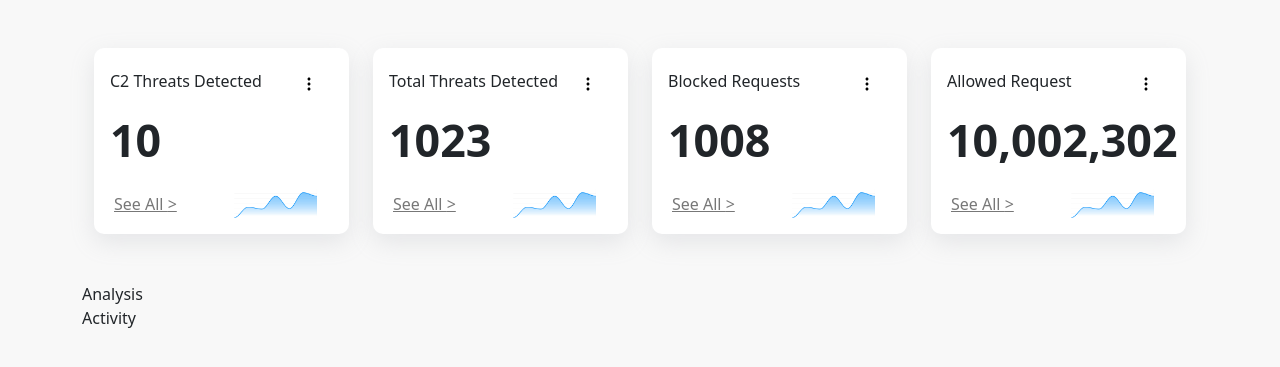
Repository: badhon252/dashboard
Page: /
An editor plug-in stored every save of this project. The page is shown before and after the next save, followed by the edit.
The browser window is 1280 px wide. The pictures show the whole page.
The project was rebuilt for these pictures with package versions that can differ from the ones it lists, and the page was loaded fresh each time. Also part of the build but not shown: vite.config.js.

Above is the page before, as saved 2023-01-27 02:29:04.

### index.html
<!DOCTYPE html>
<html lang="en">

<head>
    <meta charset="UTF-8" />
    <link rel="icon" type="image/svg+xml" href="/vite.svg" />
    <meta name="viewport" content="width=device-width, initial-scale=1.0" />
    <!-- bootsrap cdn  -->
    <link rel="stylesheet" href="https://cdn.jsdelivr.net/npm/bootstrap@5.2.3/dist/css/bootstrap.min.css">
    <title>DashBoard</title>
</head>

<body>
    <div id="root"></div>

    <script type="module" src="/src/index.jsx"></script>
    <!-- bootsrap cdn  -->
    <script type="module" src="https://cdn.jsdelivr.net/npm/bootstrap@5.2.3/dist/js/bootstrap.bundle.min.js"></script>
</body>

</html>

### src/App.jsx
import './App.css'
import Activity from './Components/Activity/Activity'
import Analysis from './Components/Analysis/Analysis'
import Status from './Components/Status/Status'

function App() {

  return (
    <div className="container">
      <Status/>
      <Analysis/>
      <Activity/>
    </div>
  )
}

export default App

### src/App.css
body {
    background-color: #f8f8f8;
}

.link {
    color: rgba(0, 0, 0, 0.534);
    text-decoration: underline;
    font-size: 1em;
    padding: 0;
}

.link,
img {
    cursor: pointer;
}

### src/Components/Activity/Activity.jsx
import React from 'react';

const Activity = () => {
    return (
        <div>
            Activity
        </div>
    );
}

export default Activity;

### src/Components/Analysis/Analysis.jsx
import React from 'react'

export default function Analysis() {
  return (
    <div>Analysis</div>
  )
}

### src/Components/Status/Status.jsx
import React from 'react'
import "./Status.css"
import StatusCard from './StatusCard';
import dotIcon from "../../assets/dot.svg"

export default function Status() {
  return (
    <div id="status" className='container'>
      <div className='row' >

        <div className="col-md-3">
            <StatusCard title="C2 Threats Detected" icon={dotIcon} amount="10" link={null}/>
        </div>
        <div className="col-md-3">
            <StatusCard title="Total Threats Detected" icon={dotIcon} amount="1023" link={null}/>
        </div>
        <div className="col-md-3">
            <StatusCard title="Blocked Requests" icon={dotIcon} amount="1008" link={null}/>
        </div>
        <div className="col-md-3">
            <StatusCard title="Allowed Request" icon={dotIcon} amount="10,002,302" link={null}/>
        </div>

      </div>
    </div>
  )
}

### src/Components/Status/Status.css
/* Card css  */

.myCard {
    border-radius: 5px;
    transition: all 0.3s ease-in-out;
    box-shadow: rgba(149, 157, 165, 0.2) 0px 8px 24px;
    border-radius: 10px;
    background-color: #fff;
}

.myCard_title {
    font-size: 1rem;
    font-weight: 500;
    margin: 0.5rem 0;
}

.myCard_value {
    font-size: 2.8em;
    font-weight: 600;
}

.myCard_data {
    display: flex;
    justify-content: space-between;
    align-items: center;
    padding: 0 1rem;
}

### src/Components/Status/StatusCard.jsx
import "./Status.css";
import areaChart from "../../assets/areaChat.png";

export default function StatusCard({ title, icon, amount, link }) {
  return (
    <div className="myCard my-5 p-3">
      <div className="myCard_Head d-flex justify-content-between">
        <h3 className="myCard_title">{title}</h3>
        <h3 className="myCard_icon">
          <img className="img-fluid w-50" src={icon} alt=":" />
        </h3>
      </div>

      <div className="myCard_value">{amount}</div>

      <div className="myCard_data row pt-3">
        <div className="link col-sm-6">
          <a href={link}>See All {">"} </a>
        </div>
        <div className="myCard_Graph col-sm-6">
          <img className="img-fluid" src={areaChart} alt="" />
        </div>
      </div>
    </div>
  );
}

Loaded but not shown: src/index.jsx (common file)

After the next save:
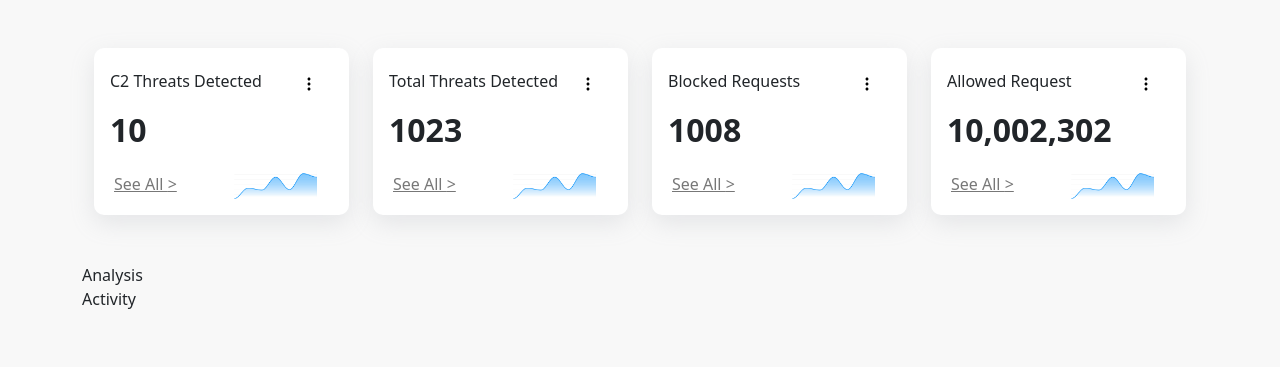
Saved 9 s later.
--- a/src/Components/Status/Status.css
+++ b/src/Components/Status/Status.css
@@ -15,7 +15,7 @@
 }
 
 .myCard_value {
-    font-size: 2.8em;
+    font-size: 2em;
     font-weight: 600;
 }
 
